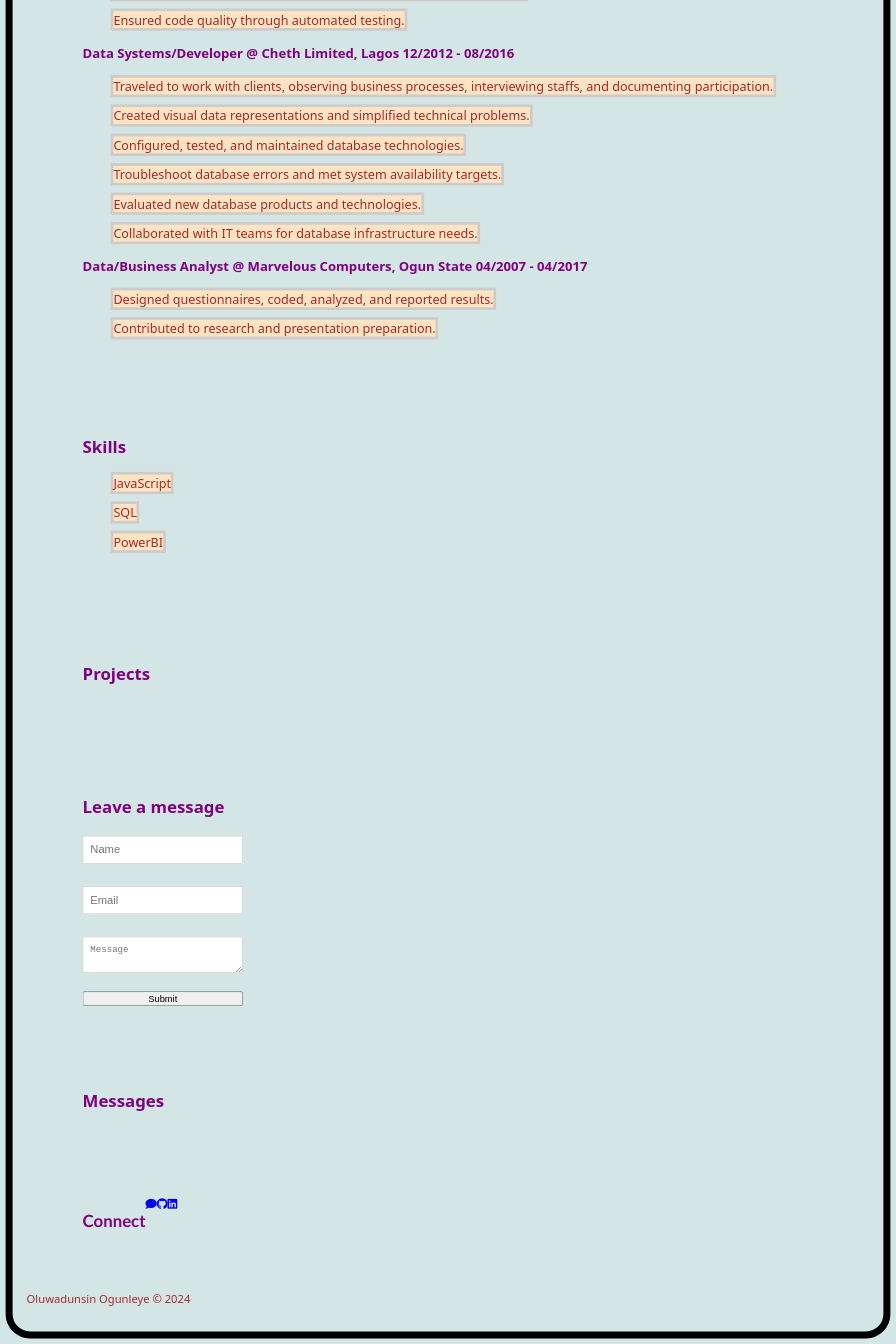
Repository: aloroduns/intro-to-programming-2023
Page: index.html
These files come from the project's save history. The page is drawn as it stood at one moment and after a run of saves; the edit follows.
The browser window is 1280 px wide. The pictures show the part of the page from y = 790 to 2710 px (the page is 2710 px tall), at 70% of full size.
The page's requests for data from a server got no answer.

Above is the page before, as saved 2024-01-23 13:01:35.

### index.html
<!DOCTYPE html>
<html>
    <head>
        <meta charset="utf-8">
        <meta http-equiv="X-UA-Compatible" content="IE=edge">
        <title>My Portfolio Page</title>
        <meta name="description" content="">
        <meta name="viewport" content="width=device-width, initial-scale=1">
        <link rel="stylesheet" href="./index.css">
        <link rel="stylesheet" href="https://cdnjs.cloudflare.com/ajax/libs/font-awesome/5.15.1/css/all.min.css">
    </head>
    <body>
        <header>
            <nav>
                <ul>
                    <li><a href="#about">About</a></li>
                    <li><a href="#experience">Experience</a></li>
                    <li><a href="#skills">Skills</a></li>
                    <li><a href="#connect">Connect</a></li>
                </ul>
            </nav>
        </header>
        <section id="about">

        <h1>About</h1>
        <p>
        <h2>Passionate Data Professional | Tech Enthusiast | Agile Problem Solver</h2>
           <p>
            Hello there! I'm Oluwadunsin Ogunleye, a dynamic data professional with a rich background
            in database administration, business analysis, and full-stack development. My journey began
            in Agricultural and Resource Economics, where I earned my Master's degree, and it has evolved
            into a diverse skill set that spans SQL, Oracle technologies, Python, and more.
            </p>
            In my current role as a Backend Developer at Tech Fleet, I've been instrumental in configuring,
            troubleshooting, and maintaining complex database systems. Beyond technical prowess, I've honed my skills
            in strategic planning, budgeting, and translating intricate analytics into actionable business solutions
            during my tenure at Cheth Limited and Marvelous Computers.

            My commitment to continuous learning is evident in my certifications, including the Oracle Certified Associate,
            and recent participation in Udacity's Full Stack Developer program. I am adept at working in fast-paced environments,
            tackling challenges independently, and fostering collaboration within cross-functional teams.

            Explore my portfolio to see how I've combined technical expertise with creative problem-solving, such as designing
            and developing an adventure game with Python and crafting innovative solutions as a Data/Business Analyst. I'm excited
            about the intersection of technology and business, and I look forward to bringing my passion and skills to your team.

            Let's connect and explore the endless possibilities at the nexus of data, technology, and innovation!

        </p>
        </section>

        <section id="experience">

        <h1>
            Experience
        </h1>
            <div id="experience-items">

                <h3>Back-End Developer/ Co-lead @ Tech Fleet, California US (Remote)07/2022 - Till Date</h3>
                <ul>
                <li>Developed Next.js scripts for user API endpoints.<br>
                <li>Collaborated with cross-functional teams to enhance user experience.<br>
                <li>Ensured code quality through automated testing.<br>
                </ul>
            </div>

            <div id="experience-items">

                <h3>Data Systems/Developer @ Cheth Limited, Lagos 12/2012 - 08/2016</h3>
                <ul>
                <li>Traveled to work with clients, observing business processes, interviewing staffs,
                and documenting participation.<br>
                <li>Created visual data representations and simplified technical problems.<br>
                <li>Configured, tested, and maintained database technologies.<br>
                <li>Troubleshoot database errors and met system availability targets.<br>
                <li>Evaluated new database products and technologies.<br>
               <li>Collaborated with IT teams for database infrastructure needs.<br>
                </ul>
            </div>

            <div id="experience-items">

                 <h3>Data/Business Analyst @ Marvelous Computers, Ogun State 04/2007 - 04/2017</h3>
                <ul>
                 <li> Designed questionnaires, coded, analyzed, and reported results.<br>
                <li>Contributed to research and presentation preparation.<br>
                </li>
                </ul>
            </div>

        </section>
        <section id="skills">
            <h2>Skills</h2>
                <ul>


                </ul>

        </section>
        <section id="projects">
            <h2>
                Projects
            </h2>

                <ul>

                </ul>

        </section>
        <section id="leave a message">
            <h2>
                Leave a message
            </h2>
            <form name="leave_message">
                <input type="text" name="userName" placeholder="Name">
                <input type="email" name="usersEmail" placeholder="Email">
                <textarea name="usersMessage" placeholder="Message"></textarea>
                <input type="submit" value="Submit">
            </form>
        </section>
        <section id="messages">
            <h2>
                Messages
            </h2>
            <ul>

            </ul>
        </section>
        <section id="connect">
        <h1>Connect</h1>
        <a href="mailto:o.oluwadunsin@yahoo.com">
            <i class="fas fa-comment"></i>
        </a>
        <a href="https://github.com/aloroduns">
            <i class="fab fa-github" aria-hidden="true"></i>
        </a>
        <a href="https://www.linkedin.com/in/oluwadunsinogunleye/">
            <i class="fab fa-linkedin" aria-hidden="true"></i>

        </a>
        </section>
        <footer>


        </footer>
        <script src="./index.js" type="text/javascript"></script>

    </body>
</html>

### index.css
@import url('https://fonts.googleapis.com/css?family=Roboto|Open+Sans');
body{
    border: 10px solid black;
    border-radius: 35px;
    padding: 20px;
    text-align: justify;
    background-color:rgb(212, 229, 229);
    color:brown;
    font-family: system-ui, -apple-system, BlinkMacSystemFont, 'Segoe UI', Roboto, Oxygen, Ubuntu, Cantarell, 'Open Sans', 'Helvetica Neue', sans-serif;
}

h1{
    font-family:'Gill Sans', 'Gill Sans MT', Calibri, 'Trebuchet MS', sans-serif;
}

section{
    padding-top: 50px;
    padding-right: 30px;
    padding-bottom: 50px;
    padding-left: 80px;
}

h1, h2, h3, h4, h5, h6 {
    color: purple;
    font: size 20px;
    font-weight:bold;
}

ul li {
    display: block;
    height:auto;
    background-color: bisque;
    border: 4px solid #ccc;
    margin-bottom:10px;
    font-size: 18px;
    text-align: center;
    width:fit-content;
}

input[type=text], input[type=email], textarea, select{
    font-size: medium;
    color: black;
    padding: 10px;
    border: 1px solid #ccc;
    margin-top: 6px;
    margin-bottom: 16px;
    resize: vertical;
}

input[type=submit]:hover {
    opacity:1;
}

header{
    background-color: hsl(0, 40%, 96%);
    padding:10px 0;
    position: fixed;
}

nav ul {
    list-style-type: none;
    margin: 0;
    padding: 0;
}

nav li {
    display: inline;
    margin-right: 20px;
}

nav a {
    text-decoration: none;
    color: rgb(11, 11, 11);
    font-weight: bold;
    font-size:16px;
}

nav a:hover {
    color:#383004;
}

.experience {
    display: flex;
    flex-wrap: wrap;
}

.experience-item {
    flex: 1;
    margin: 10px;
}

form {
    display: grid;
    grid-template-columns: 1fr;
    gap: 10px;
    width:fit-content
}

/* Add some basic styling to the "Projects" section */
#projects {
    margin-top: 20px;
}

/* Style the list items within the "Projects" section */
#projects ul {
    display: flex;
    flex-wrap: wrap;
    justify-content: space-between;
    list-style: none;
    padding: 0;
}

#projects li {
    margin-bottom: 10px;
    flex: 1 0 21%;
    margin: 1%;
    box-sizing: border-box;
    padding: 10px;
    border: 1px solid hsl(0, 55%, 44%);
    border-radius: 5px;
    width:200px;
    min-height: 150px;
}

/* Style the anchor element within the list items */
#projects li a {
    text-decoration: none;
    color: #007BFF;
    font-weight: bold;
}

/* Style the paragraphs within the list items */
#projects li p {
    margin: 5px 0;
    color: #de6a6a;
}

#connect {
    display: flex;
    flex-direction:
    align-items: center;

}

/* Styles for tablet */
@media screen and (max-width: 768px) {
    body {
        background-color: lightgray;
    }
}

/* Styles for mobile */
@media screen and (max-width: 480px) {
    body {
        background-color: lightyellow;
    }

}

### index.js
const today = new Date();
const thisYear = today.getFullYear();
const footer = document.querySelector('footer');
const copyright = document.createElement('p');

const skills = ['JavaScript', 'SQL', 'PowerBI'];
const skillsSection = document.getElementById('skills');
const skillsList = skillsSection.querySelector('ul');

for (let i = 0; i < skills.length; i++) {
    const listItem = document.createElement('li');
    listItem.textContent = skills[i];
    skillsList.appendChild(listItem);
}
window.onload = function() {
var messageForm = document.getElementsByName("leave_message")[0];
messageForm.addEventListener("submit", function(event) {
    event.preventDefault();
    var name = event.target.userName.value;
    var email = event.target.usersEmail.value;
    var message = event.target.usersMessage.value;
    console.log(name, email, message);

    var messageSection = document.getElementById("messages");
    var messageList = messageSection.querySelector("ul");
    var newMessage = document.createElement("li");

    var userLink = document.createElement("a");
    userLink.href = "mailto:" + email;
    userLink.textContent = name;
    newMessage.appendChild(userLink);

    var messageSpan = document.createElement("span");
    messageSpan.textContent = message;
    newMessage.appendChild(messageSpan);

    var removeButton = document.createElement("button");
    removeButton.innerText = "remove";
    removeButton.type = "button";
    removeButton.addEventListener("click", function() {
        var entry = removeButton.parentNode;
        entry.remove();
    });
    newMessage.appendChild(removeButton);

    var editButton = document.createElement("button");
    editButton.innerText = "edit";
    editButton.type = "button";
    editButton.addEventListener("click", function() {
        var entry = editButton.parentNode;
        var newMessage = prompt("Enter new message:");
        if (newMessage) {
            entry.querySelector("span").textContent = newMessage;
        }
    });


    newMessage.appendChild(editButton);

    messageList.appendChild(newMessage);
});
}

copyright.innerHTML = `Oluwadunsin Ogunleye © ${thisYear}`;
footer.appendChild(copyright);

fetch('https://api.github.com/users/aloroduns/repos')
.then(response => response.json())
.then(repositories => {
    console.log(repositories);

    var projectSection = document.getElementById('projects');
    var projectList = projectSection.querySelector('ul');

    for (var i = 0; i < repositories.length; i++) {
        var project =  document.createElement('li');

        var projectLink = document.createElement('a');
        projectLink.href = repositories[i].html_url;
        projectLink.textContent = repositories[i].name;
        project.appendChild(projectLink);

        var description = document.createElement('p');
        description.textContent = repositories[i].description;
        project.appendChild(description);

        var creationDate = document.createElement('p');
        creationDate.textContent = 'Created on' + new Date(repositories[i].created_at).toLocaleDateString();
        project.appendChild(creationDate);

        projectList.appendChild(project);
    }
})

.catch(error => console.error('Error:', error));

After the next 2 saves:
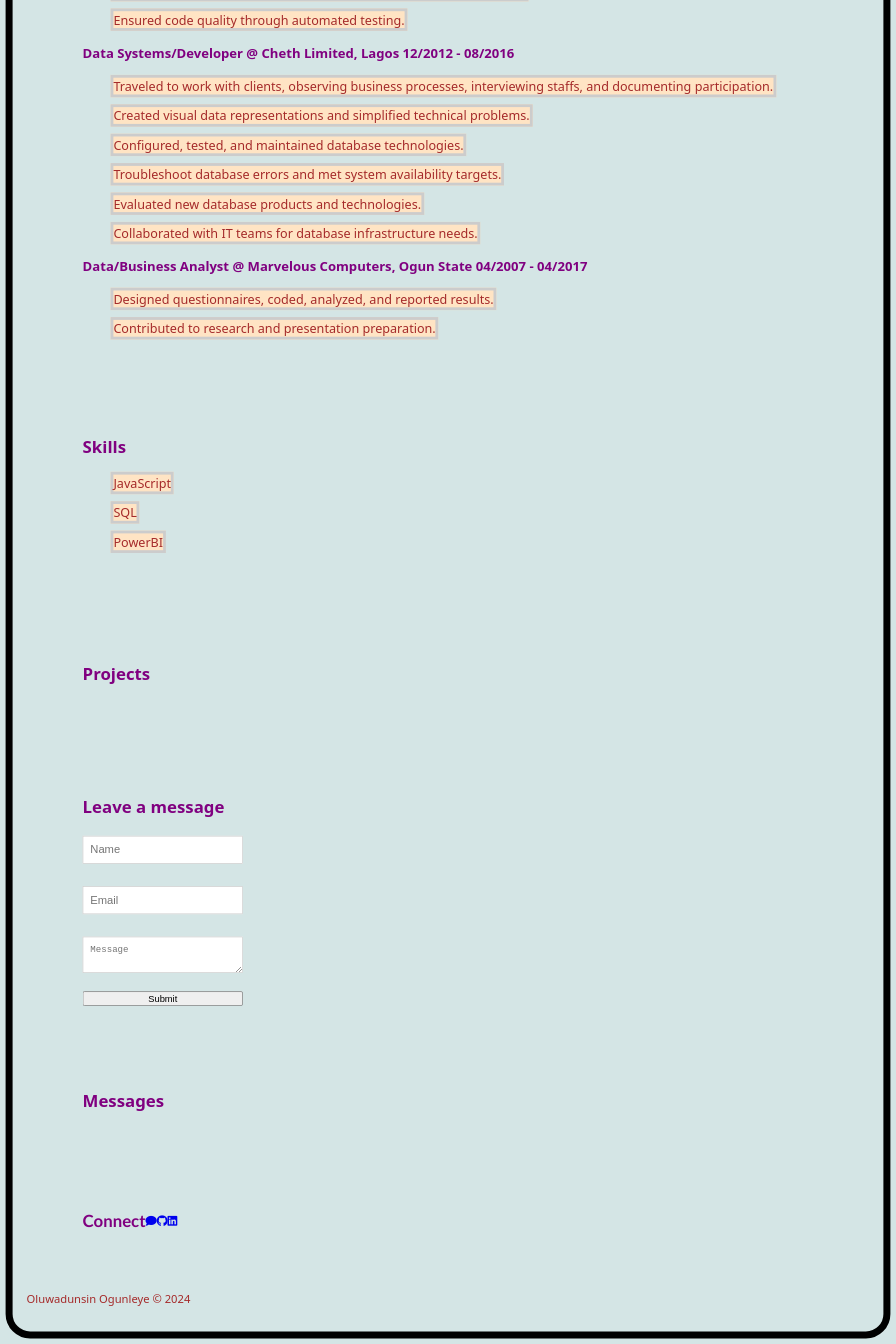
The 2 saves are shown as one change because they came seconds apart.
The last was saved 6 s later.
--- a/index.css
+++ b/index.css
@@ -137,7 +137,7 @@
 
 #connect {
     display: flex;
-    flex-direction:
+    flex-direction:row;
     align-items: center;
 
 }
